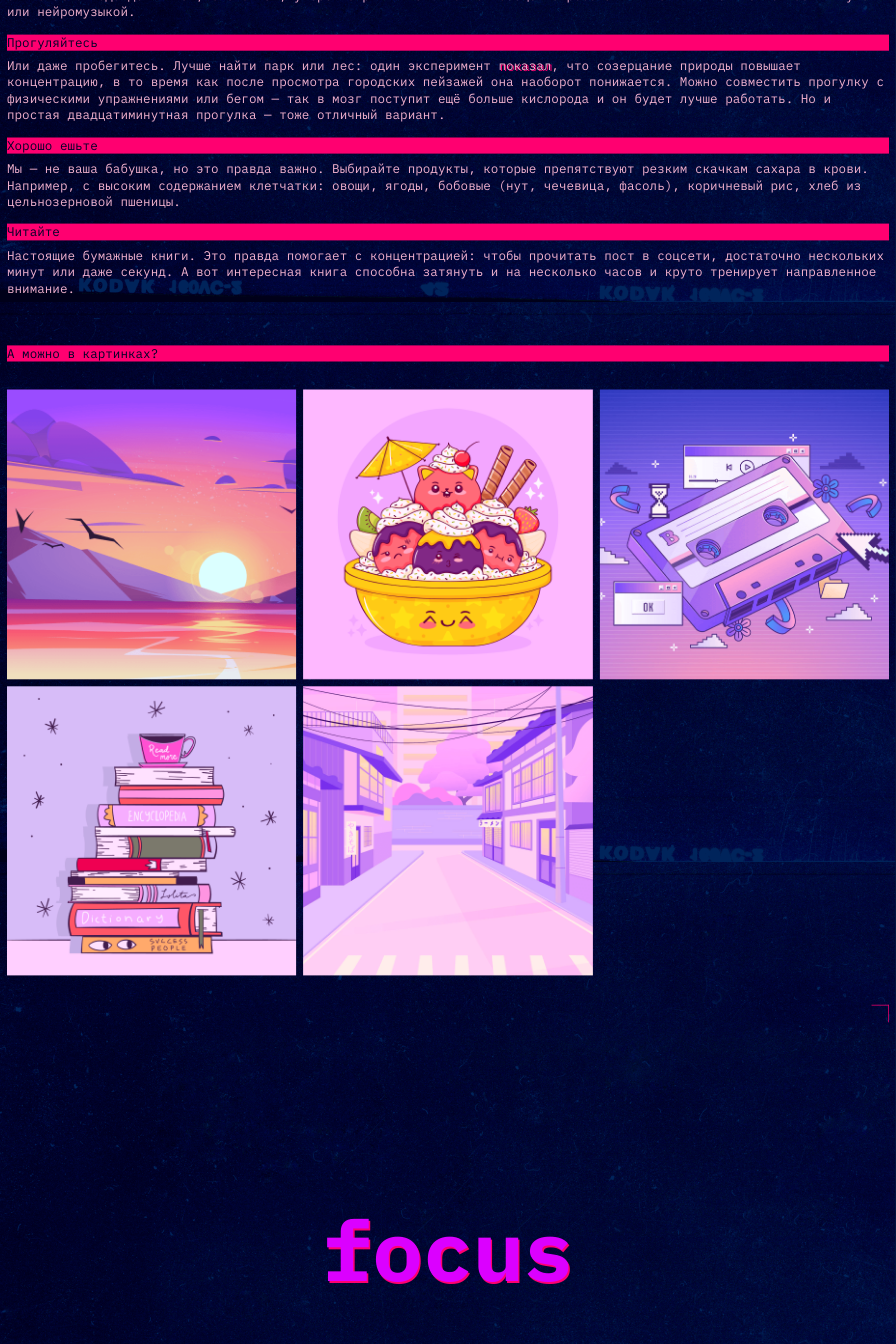
Repository: NikWolf75/slozhno-sosredotochitsya-fd
Page: index.html
An editor plug-in stored every save of this project. The page is shown before and after the next save, followed by the edit.
The browser window is 1280 px wide. The pictures show the part of the page from y = 1968 to 3888 px (the page is 4114 px tall), at 70% of full size.
Backgrounds fixed to the window are drawn as part of the page.

Above is the page before, as saved 2025-02-27 12:12:04.

After the next save:
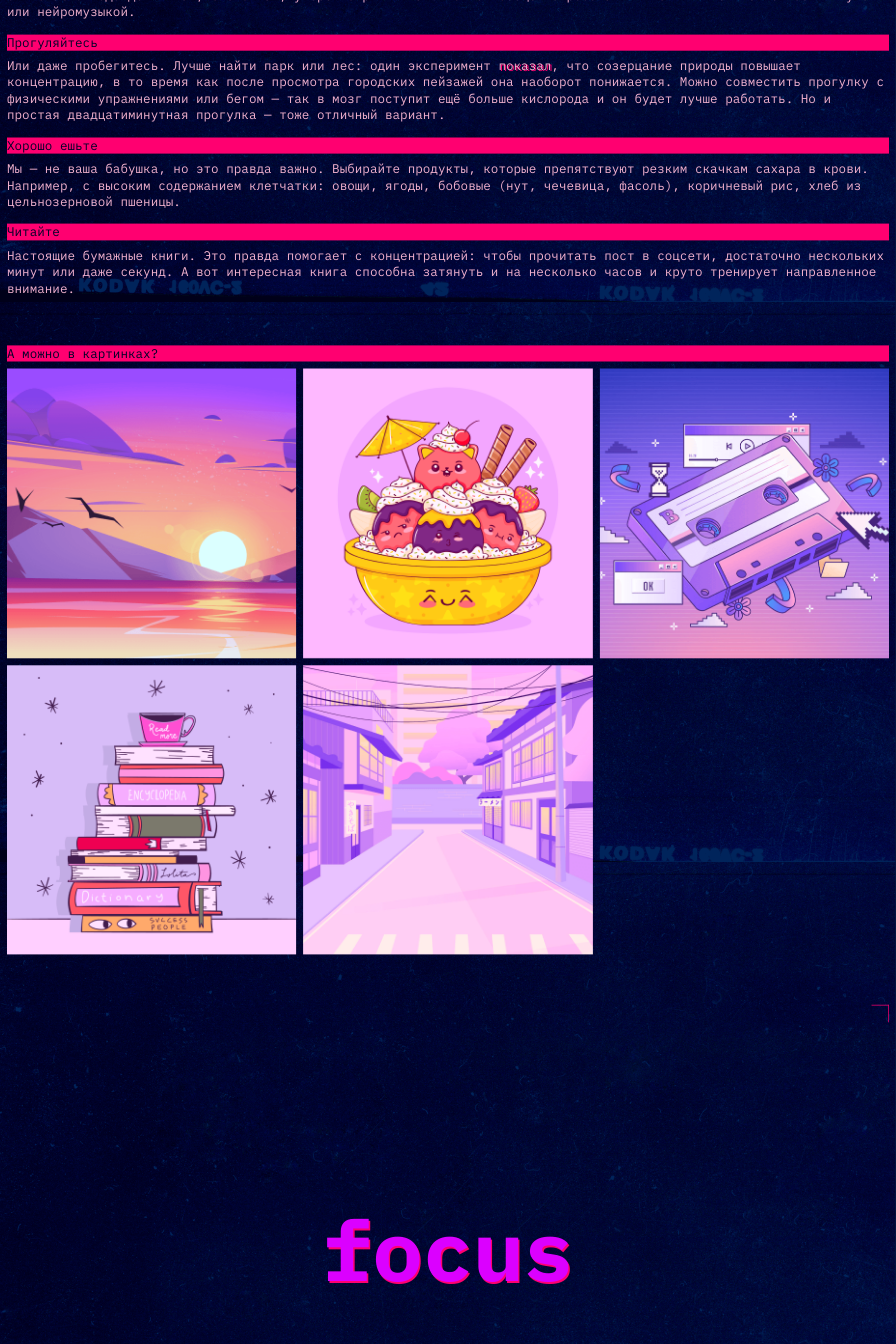
Saved 7 s later.
--- a/styles/style.css
+++ b/styles/style.css
@@ -195,7 +195,7 @@ gap: 0;
   grid-template-columns: repeat(auto-fill, minmax(355px, 1fr));
   gap: 10px;
   inline-size: 100%;
-  margin-top: 30px;
+  margin-bottom: 30px;
 }
 
 .content__section-image {
